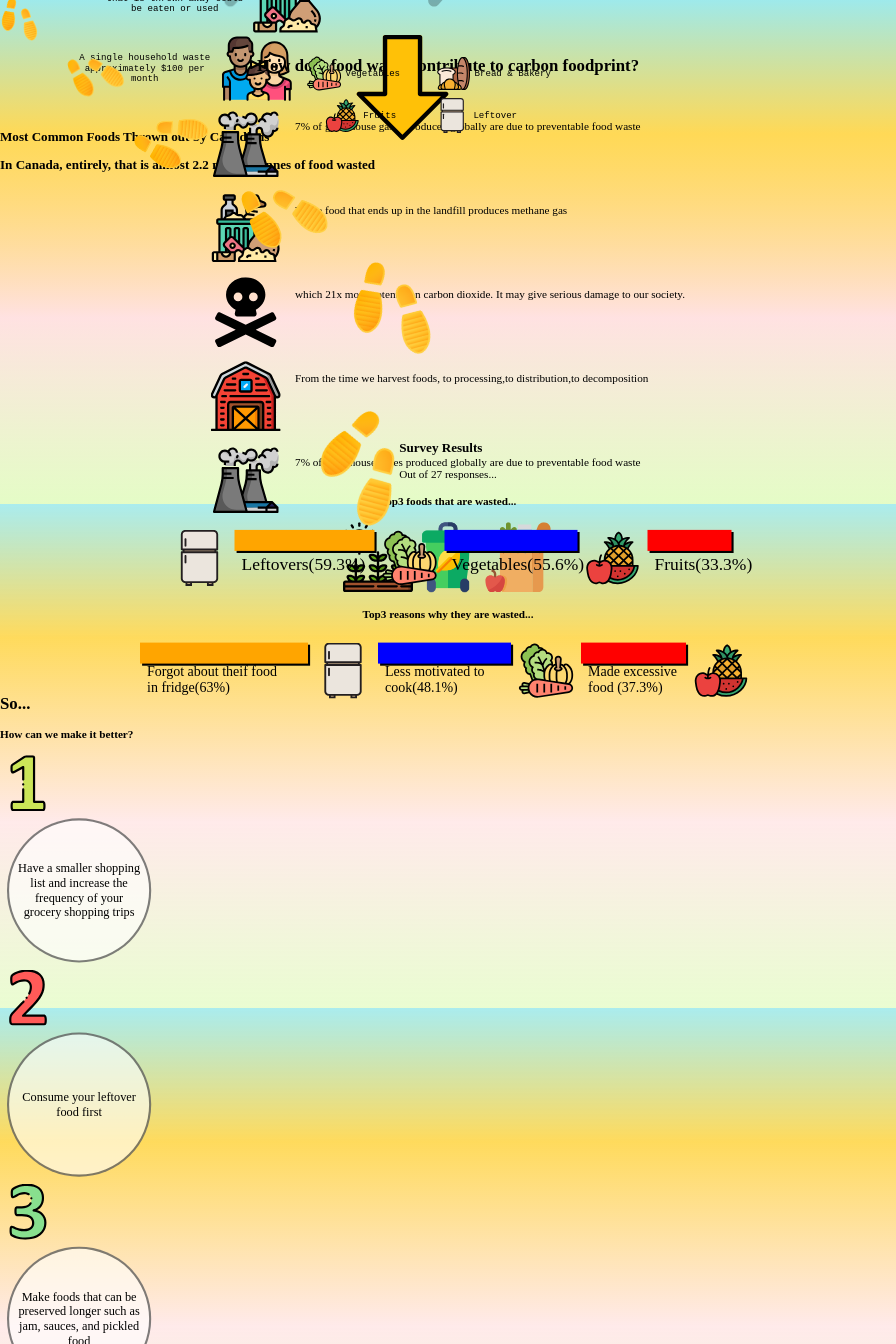
Repository: iorid3/Midterm
Page: index.html
These files come from the project's save history. The page is drawn as it stood at one moment and after the next save; the edit follows.
The browser window is 1280 px wide. The pictures show the part of the page from y = 0 to 1920 px (the page is 2758 px tall), at 70% of full size.

Above is the page before, as saved 2021-03-09 11:51:34.

### index.html
<!DOCTYPE html>
<html>
    <head>
       <title>Mid term</title>
        <link href= "./index.css"  rel ="stylesheet" type = "text/css" >
    </head>
<body>
   <div id = "main">

        <div class = "section1">
            <div><h1> How Food Waste Impacts Our World</h1></div>
            <div><img src ="./Images/earth crying.svg"/></div>
            <div class = "comp1"></div>
            <div class = "comp2"></div>
            <div class = "comp5"></div>
        </div>

        <div class = "section2">
            <div><h2>DId you know that...</h2></div>
            <div class ="comp3_1"></div>
            <div class ="comp3_2"></div>
            <div class ="comp3_3"></div>
            <div class ="comp3_4"></div>
            <div class = "comp1"></div>

            <div class = "flag"><img src = ""></div>
            <div><h3>Most Common Foods Thrown out by Canadians</h3></div>
               <div class = "container1">
                    <div class ="comp4_1"></div>
                    <div class ="comp4_2"></div>
                    <div class ="comp4_3"></div>
                    <div class ="comp4_4"></div>
                </div>

            <div class = "comp5"></div>
            <div><h3>In Canada, entirely, that is almost 2.2 million tonnes of food wasted</h3></div>
            <div><img src = ""></div>
        </div>

        <div class = "section3">
            <div><h2>How does food waste contribute to carbon foodprint?</h2></div>
            <div><img src = ""></div>

            <div class = "comp6"></div>
            <div class = "comp6"></div>
            <div class = "comp6"></div>
            <div class = "comp6"></div>

                <div class = "container2">
                    <div><img class = "icons" src = "./Images/crop.svg"></div>
                    <div><img class = "icons" src = "./Images/recycling.png"></div>
                    <div><img class = "icons" src = "./Images/grocery.svg"></div>
                </div>

            <div class = "comp6"></div>


        </div>


        <div class = "section4">
            <div class = "container3">
               <div><img src = ""></div>
               <div><h3>Survey Results</h3></div>
               <div>Out of 27 responses...</div>
            </div>


            <div class ="comp2"></div>
            <div><h4>Top3 foods that are wasted...</h4></div>
            <div class = "container4">
                <div class = "comp7"></div>
                <div class = "comp7"></div>
                <div class = "comp7"></div>
            </div>

            <div><h4>Top3 reasons why they are wasted...</h4></div>
            <div class = "container5">
                <div class = "comp8"></div>
                <div class = "comp8"></div>
                <div class = "comp8"></div>
            </div>




        </div>

        <div class = "section5">

            <div><h2>So...</h2></div>

            <div><h4>How can we make it better?</h4></div>
            <div class = "container6">
                <div class ="comp9"></div>
                <div class ="comp9"></div>
                <div class ="comp9"></div>
                <div class ="comp9"></div>
            </div>

            <div><h3>Small Steps goes a long way</h3></div>
            <div class = "comp10"></div>
            <div class = "comp10"></div>
            <div class = "comp10"></div>
            <div class = "comp10"></div>
            <div class = "comp10"></div>
            <div class = "comp10"></div>

            <div><img src = ""></div>
            <div><img src = ""></div>

            <div class = "comp5"></div>
            <div><h3>Do your part in saving the environment by ...</h3></div>
            <div><h2>Using this app to reduce food waste</h2></div>
            <div><h2>FridgeSaver</h2></div>
            <div><img src =""></div>
            <div class = "comp5"></div>
            <div><h5>Start with what you have in your fridge</h5></div>

            <div><img src =""></div>
            <div><h5>Ready to find interesting recipes?</h5></div>



        </div>

    <h1>HIHIHI</h1>



       <!-- <div class = "col left">
           <div class = "row top">
               <div class = "shake"></div>
           </div>
           <div class = "row mid">
               <div class = "rank1"></div>
               <div class = "rank2"></div>
           </div> -->
    </div>

<script src = ./Comps/comp1/index.js></script>
<script src = ./Comps/comp2/index.js></script>
<script src = ./Comps/comp3/index.js></script>
<script src = ./Comps/comp4/index.js></script>
<script src = ./Comps/comp5/index.js></script>
<script src = ./Comps/comp6/index.js></script>
<script src = ./Comps/comp7/index.js></script>
<script src = ./Comps/comp8/index.js></script>
<script src = ./Comps/comp9/index.js></script>
<script src = ./Comps/comp10/index.js></script>

<script src = ./index.js></script>
</body>
</html>

### index.css
html,body{
    margin:0;
    background: linear-gradient(180deg, rgba(156, 233, 235, 0.86) 0%, rgba(255, 217, 86, 0.96) 26.56%, rgba(255, 220, 220, 0.6) 63.02%, rgba(227, 252, 195, 0.76) 100%);
    mix-blend-mode: normal;
}
#main{
    width:100vw;
    height:100vh;
    display:flex;
    flex-direction: column;
    align-items: center;
    justify-content: center;
}

.section1{
  width:100%;
}


.section2{
    width:100%;

}

.section3{
    display:flex;
    flex-direction: column;
    justify-content: center;
    align-items: center;
    width:100%;
    height:20%;
    margin:100px;
}

.container2{
   display: flex;
   flex-direction: row;
}

.icons{
    width: 100%;
    height: 100px;

}

.section4{

    display:flex;
    flex-direction: column;
    justify-content: center;
    align-items: center;
    width:100%;
    height:20%;
    margin:100px;
}


.section5{
    width:100%

}

### Comps/comp1/index.js
function Comp1UI(url="Images/confusion.png", size ="10px", font= "Poppins", text="text"){
    return `<div style='
            width: 100vw;
            height: 30vh;
            display: inline-flex;
            justify-content: center;
            align-items: center;
            transition: opacity 1s;
            opacity: 0.25;
            position:absolute;
        '
        onclick='Comp1UI.HandleClick(this)'
        >

        <img style='
            display: inline-flex;
            width: 200px;
            position: relative;
            left: 140px;
            top: 60px;
        'src="${url}" />

        <div>
            <img style='
                display: inline-flex;
                position: relative;
                width: 500px;
                left: 100px;
                bottom: 10px;
            'src="Images/chat.svg" />

            <div style='
                display: inline-flex;
                position: relative;
                bottom: 280px;
                right: 265px;
                font-size: ${size};
                font-weight: bold;
                font-family: ${font};
            '> ${text}</div>
        </div>
    </div>`
}

Comp1UI.HandleClick = (el) => {
    el.style.opacity = 1;
}

### Comps/comp2/index.js
function Comp2UI(url="Images/confusion.png", size ="10px", font= "Poppins", text="text"){
    return `<div style='
        width: 100vw;
        height: 30vh;
        display: inline-flex;
        justify-content: center;
        align-items: center;
        transition: opacity 1s;
        opacity: 0.25;
        position:absolute;
    '
    onclick='Comp1UI.HandleClick(this)'
    >

        <img style='
            display: inline-flex;
            width: 200px;
            position: relative;
            left: 500px;
            top:60px;
        ' src="${url}"/>

        <div>
            <img style='
                display: inline-flex;
                position: relative;
                width: 500px;
                right: 200px;
                bottom: 10px;
                transform: rotateY(180deg)
            ' src="Images/chat2.svg" />

            <div style='
                display: inline-flex;
                position: relative;
                bottom: 280px;
                right: 560px;
                font-size: ${size};
                font-weight: bold;
                font-family: ${font};
            ' >${text}</div>
        </div>
    </div>`
}

Comp2UI.HandleClick = (el) => {
    el.style.opacity = 1;
}

### Comps/comp3/index.js
function Comp3UI(Text='Average Canadian wastes 140kg of food in a year', url='https://placekitten.com/400/400') {
    return `
        <div style='
            display: inline-flex;
            align-items: center;
            justify-content: center;

            transition-property: transform;
            transition-duration: 1s;
            transition-timing-function: ease-in-out;
            transition-delay: 1s;

        '>
            <div style='
                flex-basis: 200px;
                text-align: center;
                padding-right: 10px;
                font-family: monospace;


            '
            >${Text}</div>

            <div style='
                width: 100px;
                height: 100px;
            '
            // onclick='Comp3UI.HandleClick(this)'
            >
                <img  style='
                    width: 100%;
                    height: 100%;
                    object-fit: cover;
                '
                src='${url}' />
        </div>
    `
}

// Comp3UI.HandleClick = (el) => {
//     el.style.top = "110%";
// }


// export const Comp3 = Comp3UI();

### Comps/comp4/index.js
function Comp4UI(url='https://placekitten.com/300/300',text='Bread & Bakery',x='0',y='0') {
    return `
        <div style='
            display: flex;
            flex-direction: row;
            align-item: center;
            justify-content: center;
            width: 250px;
            height: 50px;
            margin: 10px;
            position: absolute;
            top: ${x}px;
            left: ${y}px;

            animation-name: bouncing;
            animation-duration: 1.5s;
            animation-direction: alternate;
            animation-iteration-count: infinite;
            animation-delay: 2s;



        '
        >
            <div style='
                width: 50px;
                height: 50px;
            '>
                <img style='
                    width: 100%;
                    height: 100%;
                    object-fit: cover;
                '
                src='${url}' />
            </div>
            <div style='
            font-family: monospace;
            text-align: center;
            padding-top: 18px;
            padding-left: 5px;
            '
            >${text}</div>
        </div>
    `
}




// export const Comp4 = Comp4UI();

### Comps/comp5/index.js
function Comp5UI(x='0', y='0', url='https://placekitten.com/300/300') {
    return `
        <div style='
            width: 150px;
            height: 150px;
            position: absolute;
            top: ${x}px;
            left: ${y}px;

        '
        >
            <img style='
                width: 100%;
                height: 100%;
                object-fit: cover;

                animation-name: bounce;
                animation-duration: 1s;
                animation-direction: alternate;
                animation-iteration-count: infinite;

            '
            src='${url}' />


        </div>

    `
}

// export const Comp5 = Comp5UI();

### Comps/comp6/index.js
function Carboncomp(text =" 7% of greenhouse gases produced globally are due to preventable food waste", url= "images/factory.svg"){
    return `<div style = "
                          display:flex;
                          ">
                         <div style = "display:flex;
                         padding:10px;">
                         <img style ="
                          width:100px;
                          height:100px;
                         " src  = "${url}"></div>
                         <div style ="
                         display:flex;
                         padding:10px;"><p>${text}</p></div>

            </div>`

}

### Comps/comp7/index.js
function Graphcomp(url ="images/vegetable.svg",text ="Leftovers(59.3%)",color ="pink",width ="200px" ){
    return `<div style = "
                          display:inline-flex;
                          align-items:flex-start;
                          justify-content:flex-start;
                          ">
                            <div style = "display:flex;
                            padding:10px;
                            width:80px;
                            height:80px;
                            ">
                            <img src  = "${url}"></div>
                            <div class = "graph"
                            style ="
                            width:${width};
                            height:30px;
                            margin-top:10px;
                            background-color:${color};
                            box-shadow: 3px 3px ;
                            transition:background-color,1s,box-shadow, 1s;"
                            onmouseover = "Graphcomp.HandleMouseover(this)">
                            <div style ="
                            display:flex;
                            padding:10px;
                            font-size:25px;"><p>${text}</p></div>
                            </div>



            </div>`


}

Graphcomp.HandleMouseover = (el)=>{
   el.style.boxShadow = "8px 8px";
//    el.style.width = "400px";
 }

### Comps/comp10/index.js
function Comp10UI(w="55px", tdeg="120deg", top="0px", left="0px", anidelay="1s") {
    return `
    <img style='
        width: ${w};
        transform: rotate(${tdeg});
        position: absolute;
        top: ${top};
        left: ${left};

        animation-name: footsteps;
        animation-duration: 4s;
        animation-delay: ${anidelay};
        animation-iteration-count: infinite;

    'src="Images/footstep.png"/>

    `
}

// export const comp10 = Comp10UI();

### index.js
document.querySelector(".comp1").innerHTML += Comp1UI("./images/question.svg","25px", "Poppins", "What's the issue?");
document.querySelector(".comp2").innerHTML += Comp2UI("./images/professor.svg", "25px", "Poppins", "Good Question!");

//add claudia's componenets

document.querySelector(".comp3_1").innerHTML += Comp3UI('Average Canadian wastes 140kg of food in a year', 'Images/crowd.svg')
document.querySelector(".comp3_2").innerHTML += Comp3UI('That’s worth about $1,100 Canadian dollars', 'Images/plant.svg')
document.querySelector(".comp3_3").innerHTML += Comp3UI('About 63% of the food that is thrown away could be eaten or used', 'Images/garbage.svg')
document.querySelector(".comp3_4").innerHTML += Comp3UI('A single household waste approximately $100 per month', 'Images/family.svg')

document.querySelector(".comp4_1").innerHTML += Comp4UI('Images/vegetable.svg', 'Vegetables',70,370)
document.querySelector(".comp4_2").innerHTML += Comp4UI('Images/bread.svg', 'Bread & Bakery',70,570)
document.querySelector(".comp4_3").innerHTML += Comp4UI('Images/fruits.svg', 'Fruits',130,380)
document.querySelector(".comp4_4").innerHTML += Comp4UI('Images/fridge.svg', 'Leftover',130,545)

document.querySelector(".comp5").innerHTML += Comp5UI(50,500,'Images/down-arrow.svg')


document.querySelector(".comp9").innerHTML += Comp9UI("Images/1.svg", "Have a smaller shopping list and increase the frequency of your grocery shopping trips");
document.querySelector(".comp9").innerHTML += Comp9UI("Images/2.svg", "Consume your leftover food first");
document.querySelector(".comp9").innerHTML += Comp9UI("Images/3.svg", "Make foods that can be preserved longer such as jam, sauces, and pickled food");
document.querySelector(".comp9").innerHTML += Comp9UI("Images/4.svg", "Be mindful of saving the environment by reducing food waste");

document.querySelector(".comp10").innerHTML += Comp10UI("60px", "120deg", "0px", "0px", "1s");
document.querySelector(".comp10").innerHTML += Comp10UI("75px", "80deg", "70px", "100px", "1.5s");
document.querySelector(".comp10").innerHTML += Comp10UI("95px", "50deg", "150px", "200px", "2s");
document.querySelector(".comp10").innerHTML += Comp10UI("115px", "80deg", "250px", "350px", "2.5s");
document.querySelector(".comp10").innerHTML += Comp10UI("130px", "120deg", "380px", "500px", "3s");
document.querySelector(".comp10").innerHTML += Comp10UI("145px", "150deg", "600px", "450px", "3.5s");

document.querySelector(".comp6").innerHTML +=  Carboncomp();
document.querySelector(".comp6").innerHTML +=  Carboncomp(text = "Waste food that ends up in the landfill produces methane gas",url= "images/garbage.svg");
document.querySelector(".comp6").innerHTML +=  Carboncomp(text ="which 21x more potent than carbon dioxide. It may give serious damage to our society. ",url ="images/skull.svg" );
document.querySelector(".comp6").innerHTML +=  Carboncomp(text = "From the time we harvest foods, to processing,to distribution,to decomposition", url ="images/barn.svg");
document.querySelector(".comp6").innerHTML +=  Carboncomp();
document.querySelector(".comp7").innerHTML +=  Graphcomp("Images/fridge.svg",text ="Leftovers(59.3%)",color ="orange",width ="200px");
document.querySelector(".comp7").innerHTML +=  Graphcomp("Images/vegetable.svg",text ="Vegetables(55.6%)",color ="blue",width ="190px");
document.querySelector(".comp7").innerHTML +=  Graphcomp("Images/fruits.svg",text ="Fruits(33.3%)",color ="red",width ="120px");
document.querySelector(".comp8").innerHTML +=  Graphcomp2("Images/fridge.svg",text ="Forgot about theif food in fridge(63%)",color ="orange",width ="240px");
document.querySelector(".comp8").innerHTML +=  Graphcomp2("Images/vegetable.svg",text ="Less motivated to cook(48.1%)",color ="blue",width ="190px");
document.querySelector(".comp8").innerHTML +=  Graphcomp2("Images/fruits.svg",text ="Made excessive food (37.3%)",color ="red",width ="150px");

Loaded but not shown: Comps/comp9/index.js (67 lines, source omitted); Comps/comp8/index.js (42 lines, source omitted)

After the next save:
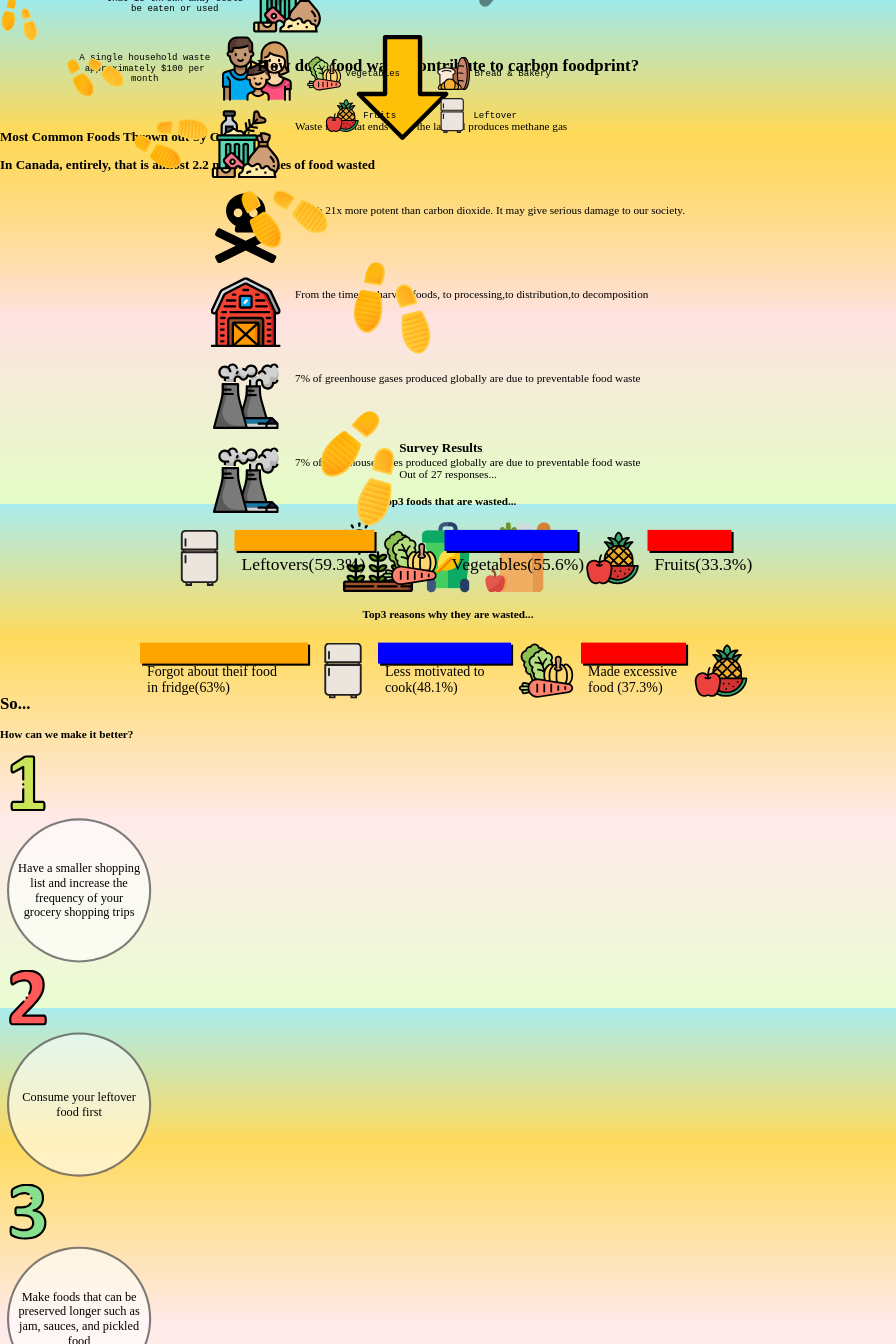
Saved 104 s later.
--- a/index.js
+++ b/index.js
@@ -1,5 +1,6 @@
-document.querySelector(".comp1").innerHTML += Comp1UI("./images/question.svg","25px", "Poppins", "What's the issue?");
-document.querySelector(".comp2").innerHTML += Comp2UI("./images/professor.svg", "25px", "Poppins", "Good Question!");
+document.querySelector(".comp1").innerHTML += Comp1UI("Images/question.svg","25px", "What's the issue?");
+document.querySelector(".comp1").innerHTML += Comp1UI("Images/pie_chart.svg","25px", "Only 33% of participants plan their grocery shopping");
+document.querySelector(".comp2").innerHTML += Comp2UI("Images/professor.svg", "25px", "Good Question!");
 
 //add claudia's componenets
 
@@ -14,7 +15,17 @@ document.querySelector(".comp4_3").innerHTML += Comp4UI('Images/fruits.svg', 'Fr
 document.querySelector(".comp4_4").innerHTML += Comp4UI('Images/fridge.svg', 'Leftover',130,545)
 
 document.querySelector(".comp5").innerHTML += Comp5UI(50,500,'Images/down-arrow.svg')
-
+document.querySelector(".comp6").innerHTML +=  Carboncomp(text = "Waste food that ends up in the landfill produces methane gas",url= "Images/garbage.svg");
+document.querySelector(".comp6").innerHTML +=  Carboncomp(text ="which 21x more potent than carbon dioxide. It may give serious damage to our society. ",url ="Images/skull.svg" );
+document.querySelector(".comp6").innerHTML +=  Carboncomp(text = "From the time we harvest foods, to processing,to distribution,to decomposition", url ="Images/barn.svg");
+document.querySelector(".comp6").innerHTML +=  Carboncomp();
+document.querySelector(".comp6").innerHTML +=  Carboncomp();
+document.querySelector(".comp7").innerHTML +=  Graphcomp("Images/fridge.svg",text ="Leftovers(59.3%)",color ="orange",width ="200px");
+document.querySelector(".comp7").innerHTML +=  Graphcomp("Images/vegetable.svg",text ="Vegetables(55.6%)",color ="blue",width ="190px");
+document.querySelector(".comp7").innerHTML +=  Graphcomp("Images/fruits.svg",text ="Fruits(33.3%)",color ="red",width ="120px");
+document.querySelector(".comp8").innerHTML +=  Graphcomp2("Images/fridge.svg",text ="Forgot about theif food in fridge(63%)",color ="orange",width ="240px");
+document.querySelector(".comp8").innerHTML +=  Graphcomp2("Images/vegetable.svg",text ="Less motivated to cook(48.1%)",color ="blue",width ="190px");
+document.querySelector(".comp8").innerHTML +=  Graphcomp2("Images/fruits.svg",text ="Made excessive food (37.3%)",color ="red",width ="150px");
 
 document.querySelector(".comp9").innerHTML += Comp9UI("Images/1.svg", "Have a smaller shopping list and increase the frequency of your grocery shopping trips");
 document.querySelector(".comp9").innerHTML += Comp9UI("Images/2.svg", "Consume your leftover food first");
@@ -27,15 +38,3 @@ document.querySelector(".comp10").innerHTML += Comp10UI("95px", "50deg", "150px"
 document.querySelector(".comp10").innerHTML += Comp10UI("115px", "80deg", "250px", "350px", "2.5s");
 document.querySelector(".comp10").innerHTML += Comp10UI("130px", "120deg", "380px", "500px", "3s");
 document.querySelector(".comp10").innerHTML += Comp10UI("145px", "150deg", "600px", "450px", "3.5s");
-
-document.querySelector(".comp6").innerHTML +=  Carboncomp();
-document.querySelector(".comp6").innerHTML +=  Carboncomp(text = "Waste food that ends up in the landfill produces methane gas",url= "images/garbage.svg");
-document.querySelector(".comp6").innerHTML +=  Carboncomp(text ="which 21x more potent than carbon dioxide. It may give serious damage to our society. ",url ="images/skull.svg" );
-document.querySelector(".comp6").innerHTML +=  Carboncomp(text = "From the time we harvest foods, to processing,to distribution,to decomposition", url ="images/barn.svg");
-document.querySelector(".comp6").innerHTML +=  Carboncomp();
-document.querySelector(".comp7").innerHTML +=  Graphcomp("Images/fridge.svg",text ="Leftovers(59.3%)",color ="orange",width ="200px");
-document.querySelector(".comp7").innerHTML +=  Graphcomp("Images/vegetable.svg",text ="Vegetables(55.6%)",color ="blue",width ="190px");
-document.querySelector(".comp7").innerHTML +=  Graphcomp("Images/fruits.svg",text ="Fruits(33.3%)",color ="red",width ="120px");
-document.querySelector(".comp8").innerHTML +=  Graphcomp2("Images/fridge.svg",text ="Forgot about theif food in fridge(63%)",color ="orange",width ="240px");
-document.querySelector(".comp8").innerHTML +=  Graphcomp2("Images/vegetable.svg",text ="Less motivated to cook(48.1%)",color ="blue",width ="190px");
-document.querySelector(".comp8").innerHTML +=  Graphcomp2("Images/fruits.svg",text ="Made excessive food (37.3%)",color ="red",width ="150px");
